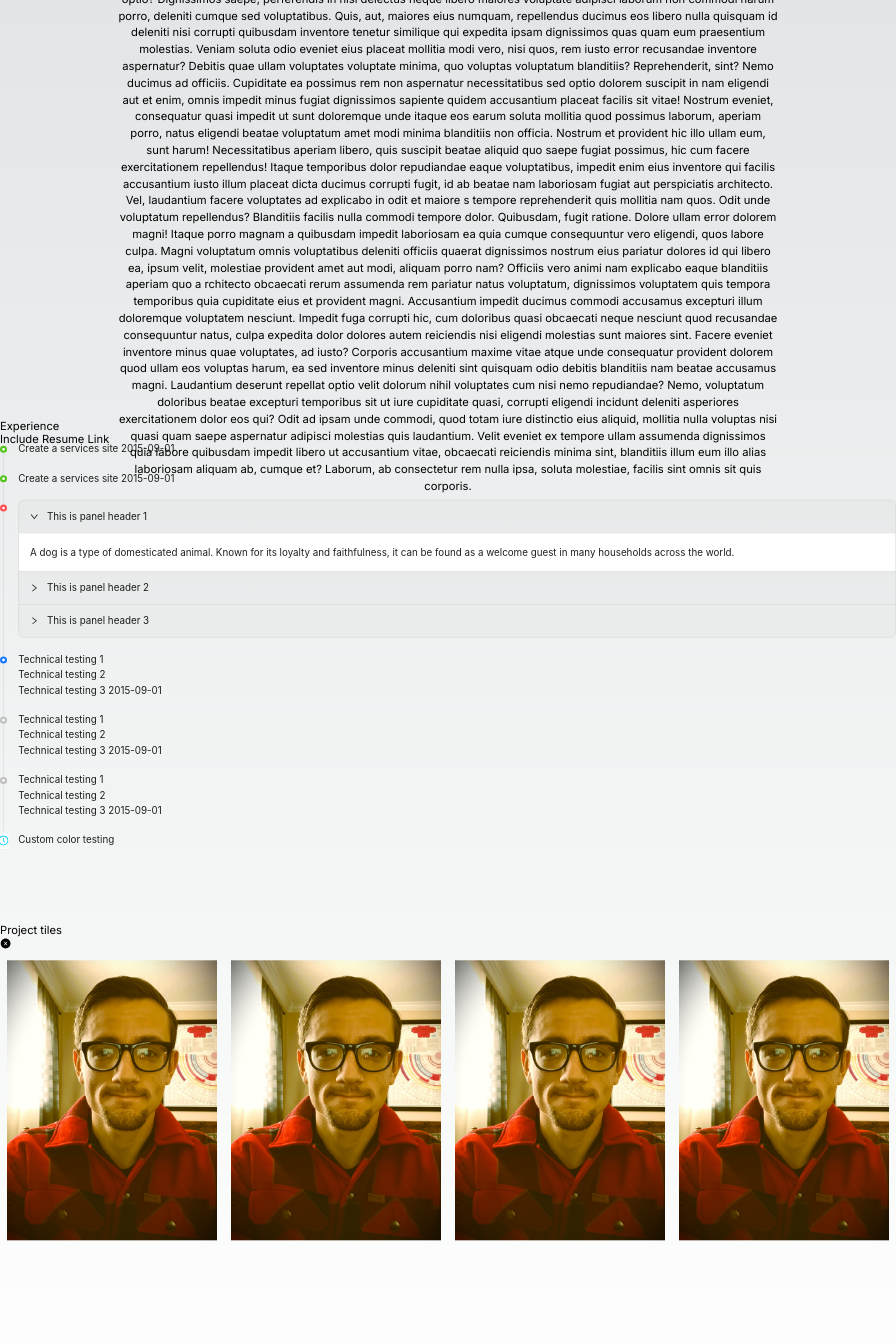
Repository: devkthines/next-portfolio-v2
Page: /
The author's editor kept a copy of each file at every save. The page is drawn from the files as they stood at one save, then again after the next save.
The browser window is 1280 px wide. The pictures show the part of the page from y = 897 to 2817 px (the page is 2936 px tall), at 70% of full size.
The project was rebuilt for these pictures with package versions that can differ from the ones it lists, and the page was loaded fresh each time. The framework's server and built-in components were replaced by stand-ins that run in the browser. Also part of the build but not shown: next.config.js.

Above is the page before, as saved 2023-09-12 22:46:58.

### src/app/layout.tsx
import 'bootstrap/dist/css/bootstrap.css';
import './globals.css'
import '../../css/style.css'
import type { Metadata } from 'next'
import { Inter } from 'next/font/google'

// Put any other imports below so that CSS from your
// components takes precedence over default styles.
const inter = Inter({ subsets: ['latin'] })

export const metadata: Metadata = {
  title: 'Create Next App',
  description: 'Generated by create next app',
}

export default function RootLayout({
  children,
}: {
  children: React.ReactNode
}) {
  return (
    <html lang="en">
      <body className={inter.className}>{children}</body>
    </html>
  )
}

### src/app/page.tsx
'use client'

import Image from 'next/image'
import Header from './components/header.js'
import uglyMe from '../../images/41AE497E-8D5A-46DE-8679-1C35226F5747.jpg'
import ProjectModal from './components/modal.js'
import Tab from 'react-bootstrap/Tab';
import Tabs from 'react-bootstrap/Tabs';
import {useInView} from 'react-intersection-observer'
import Button from 'react-bootstrap/Button';
import Container from 'react-bootstrap/Container';
import Form from 'react-bootstrap/Form';
import Nav from 'react-bootstrap/Nav';
import Navbar from 'react-bootstrap/Navbar';
import NavDropdown from 'react-bootstrap/NavDropdown';
import { useState } from 'react';
import Resume from './components/timeline.js'
export default function Home() {
  const[color,setColor] = useState(false)
  const { ref, inView } = useInView({
    // triggerOnce: true,
    rootMargin: '0px 0px',
    onChange: (inView) => {
      if (inView) {
        setColor(true)
      }
      else{
        setColor(false)
      }
    },

  });
  return (
    <main >
    <Navbar className={`${color? 'color-change':'bg-body-tertiary'} flex flex-col `} sticky='top' expand="lg" >
    <Container fluid>
      <Navbar.Brand href="#">Navbar scroll</Navbar.Brand>
      <Navbar.Toggle aria-controls="navbarScroll" />
      <Navbar.Collapse id="navbarScroll">
        <Nav
          className="me-auto my-2 my-lg-0"
          style={{ maxHeight: '100px' }}
          navbarScroll
        >
          <Nav.Link href="#action1">Home</Nav.Link>
          <Nav.Link href="#action2">Link</Nav.Link>
          <NavDropdown title="Link" id="navbarScrollingDropdown">
            <NavDropdown.Item href="#action3">Action</NavDropdown.Item>
            <NavDropdown.Item href="#action4">
              Another action
            </NavDropdown.Item>
            <NavDropdown.Divider />
            <NavDropdown.Item href="#action5">
              Something else here
            </NavDropdown.Item>
          </NavDropdown>
          <Nav.Link href="#" disabled>
            Link
          </Nav.Link>
        </Nav>
        <Form className="d-flex">
          <Form.Control
            type="search"
            placeholder="Search"
            className="me-2"
            aria-label="Search"
          />
          <Button variant="outline-success">Search</Button>
        </Form>
      </Navbar.Collapse>
    </Container>
  </Navbar>

      <div className={`infoSection bg-stone-800 border border-indigo-600 bg-no-repeat flex flex-row justify-between`}>
        <div>
          <h1>Hello, my name is Korey, a web developer/creative person</h1>
        </div>
        <Image id='portrait' src={uglyMe} alt="" className='w-48' />
      </div>
      <div id='about'>
        <div ref={ref} className="aboutSection text-center m-auto p-10">
          <div> <h1>About </h1>
            <p>Lorem ipsum dolor, sit amet consectetur adipisicing elit. Blanditiis corrupti impedit esse voluptatum enim
              nesciunt
              eligendi odit ex magni adipisci officiis nobis vero incidunt quia saepe inventore, consequatur
              temporibus quisquam quasi laudantium optio? Dignissimos saepe, perferendis in nisi delectus neque libero maiores
              voluptate adipisci laborum non commodi harum porro, deleniti cumque sed voluptatibus. Quis,
              aut, maiores eius numquam, repellendus ducimus eos libero nulla quisquam id deleniti nisi corrupti quibusdam
              inventore tenetur similique qui expedita ipsam dignissimos
              quas quam eum praesentium molestias. Veniam soluta odio eveniet eius placeat mollitia modi vero, nisi quos,
              rem iusto error recusandae inventore aspernatur? Debitis quae ullam voluptates voluptate minima, quo voluptas
              voluptatum blanditiis? Reprehenderit, sint? Nemo ducimus ad officiis. Cupiditate ea possimus rem non aspernatur
              necessitatibus sed
              optio dolorem suscipit in nam eligendi aut et enim, omnis impedit
              minus fugiat dignissimos sapiente quidem accusantium placeat facilis
              sit vitae! Nostrum eveniet, consequatur quasi impedit ut sunt doloremque unde itaque eos earum soluta mollitia quod
              possimus laborum, aperiam porro, natus eligendi beatae voluptatum amet modi minima blanditiis non officia. Nostrum et
              provident hic illo ullam eum, sunt harum! Necessitatibus aperiam libero, quis suscipit beatae aliquid quo saepe
              fugiat possimus, hic cum facere exercitationem repellendus! Itaque temporibus dolor repudiandae eaque voluptatibus,
              impedit enim eius inventore qui facilis accusantium iusto illum placeat dicta ducimus corrupti fugit, id ab beatae
              nam laboriosam fugiat aut perspiciatis architecto. Vel, laudantium facere voluptates ad explicabo in odit et maiore
              s tempore reprehenderit quis mollitia nam quos. Odit unde voluptatum repellendus? Blanditiis facilis nulla commodi
              tempore dolor. Quibusdam, fugit ratione. Dolore ullam error dolorem magni! Itaque porro magnam a quibusdam impedit
              laboriosam ea quia cumque consequuntur vero eligendi, quos labore culpa. Magni voluptatum omnis voluptatibus
              deleniti officiis quaerat dignissimos nostrum eius pariatur dolores id qui libero ea, ipsum velit, molestiae
              provident amet aut modi, aliquam porro nam? Officiis vero animi nam explicabo eaque blanditiis aperiam quo a
              rchitecto obcaecati rerum assumenda rem pariatur natus voluptatum, dignissimos voluptatem quis tempora temporibus
              quia cupiditate eius et provident magni. Accusantium impedit ducimus commodi accusamus excepturi illum
              doloremque voluptatem nesciunt. Impedit fuga corrupti hic, cum doloribus quasi obcaecati neque nesciunt
              quod recusandae consequuntur natus, culpa expedita dolor dolores autem reiciendis nisi eligendi molestias
              sunt maiores sint. Facere eveniet inventore minus quae voluptates, ad iusto? Corporis accusantium maxime
              vitae atque unde consequatur provident dolorem quod ullam eos voluptas harum, ea sed inventore minus deleniti
              sint quisquam odio debitis blanditiis nam beatae accusamus magni. Laudantium deserunt repellat optio
              velit dolorum nihil voluptates cum nisi nemo repudiandae? Nemo, voluptatum doloribus beatae excepturi
              temporibus sit ut iure cupiditate quasi, corrupti eligendi incidunt deleniti asperiores exercitationem
              dolor eos qui? Odit ad ipsam unde commodi, quod totam iure distinctio eius aliquid, mollitia nulla voluptas
              nisi quasi quam saepe aspernatur adipisci molestias quis laudantium. Velit eveniet ex tempore ullam assumenda
              dignissimos quia labore quibusdam
              impedit libero ut accusantium vitae, obcaecati reiciendis minima sint, blanditiis illum eum illo alias
              laboriosam aliquam ab, cumque et? Laborum, ab consectetur rem nulla ipsa, soluta molestiae, facilis sint
              omnis sit quis corporis.</p></div></div>
        <div className="infoSection">
          <h1>Experience</h1> <h2>Include Resume Link</h2>
          <div className='experience'>
            {/* <h1>Timeline Here</h1> */}
      <Resume></Resume>
          </div>
        </div>
      </div>
      <div className="infoSection"><h1>Project tiles</h1>
        <ProjectModal></ProjectModal>
      </div>
    </main>
  )
}

### css/style.css
*{
    box-sizing: border-box;
    margin: 0;
    padding: 0;
}
.infoSection{
    width: 100vw;
    height: 100vh;
}

.aboutSection{
    width: 80vw;
    height: 100vh;
}
#portrait{
    width: 500px;
    height: 700px;
}
.imgTest{
    margin: 10px;
}
.imgTest:active{
    flex-grow:10000;
    transform:scale(1);

    max-width:600px;
    margin:0px;
    border-radius:40px;

    background-size:auto 100%;
}
.mb-3.flex.flex-column.nav.nav-tabs.nav-justified{
height: 100%;
width: 25%;
border-left: 2px solid  darkorchid!important;
}
.tab-content{
    height: 100%!important;
    margin-left: 25%!important;
}
.color-change{
    background-color: greenyellow;
}

### src/app/components/modal.js
'use client'
import Card from 'react-bootstrap/Card';
import Modal from 'react-bootstrap/Modal';
import Image from 'next/image';
import { AiFillCloseCircle } from 'react-icons/ai';
import { AiOutlineCloseCircle } from 'react-icons/ai';
import { useState } from 'react';

export default function ProjectModal() {
    const [button, setButton] = useState(<AiFillCloseCircle></AiFillCloseCircle>)
    return (
        <>
            <div>
                <button
                    onMouseEnter={() => setButton(<AiOutlineCloseCircle></AiOutlineCloseCircle>)}
                    onMouseLeave={() => setButton(<AiFillCloseCircle></AiFillCloseCircle>)}
                >
                    {button}
                </button>
                <div>
                    <img src="" alt="" />

                </div>



            </div>

            <div className='flex flex-row'>
                <button className='imgTest'><Image width={300} height={300} src='/images/image_67198465.JPG' alt='' /></button>
                <button className='imgTest'><Image width={300} height={300} src='/images/image_67198465.JPG' alt='' /></button>
                <button className='imgTest'><Image width={300} height={300} src='/images/image_67198465.JPG' alt='' /></button>
                <button className='imgTest'><Image width={300} height={300} src='/images/image_67198465.JPG' alt='' /></button>
            </div>
        </>
    )
}

### src/app/components/timeline.js
'use client'

import { ClockCircleOutlined } from '@ant-design/icons';
import { Timeline } from 'antd';
import { Collapse } from 'antd';
const text = `
  A dog is a type of domesticated animal.
  Known for its loyalty and faithfulness,
  it can be found as a welcome guest in many households across the world.
`;
const itemss = [
    {
      key: '1',
      label: 'This is panel header 1',
      children: <p>{text}</p>,
    },
    {
      key: '2',
      label: 'This is panel header 2',
      children: <p>{text}</p>,
    },
    {
      key: '3',
      label: 'This is panel header 3',
      children: <p>{text}</p>,
    },
  ];
export default function Resume(){
 const items = [{ children: 'sample', label: 'sample' }];
 const onChange = (key) => {
    console.log(key);}
  return(
        <>
   <Timeline
    items={[
      {
        color: 'green',
        children: 'Create a services site 2015-09-01',
      },
      {
        color: 'green',
        children: 'Create a services site 2015-09-01',
      },
      {
        color: 'red',
        children: (
          <>
            <Collapse items={itemss} defaultActiveKey={['1']} onChange={onChange} />
          </>
        ),
      },
      {
        children: (
          <>
            <p>Technical testing 1</p>
            <p>Technical testing 2</p>
            <p>Technical testing 3 2015-09-01</p>
          </>
        ),
      },
      {
        color: 'gray',
        children: (
          <>
            <p>Technical testing 1</p>
            <p>Technical testing 2</p>
            <p>Technical testing 3 2015-09-01</p>
          </>
        ),
      },
      {
        color: 'gray',
        children: (
          <>
            <p>Technical testing 1</p>
            <p>Technical testing 2</p>
            <p>Technical testing 3 2015-09-01</p>
          </>
        ),
      },
      {
        color: '#00CCFF',
        dot: <ClockCircleOutlined />,
        children: <p>Custom color testing</p>,
      },
    ]}
  />
 </>
    )
}

Loaded but not shown: src/app/globals.css (common file); tailwind.config.ts (common file)

After the next save:
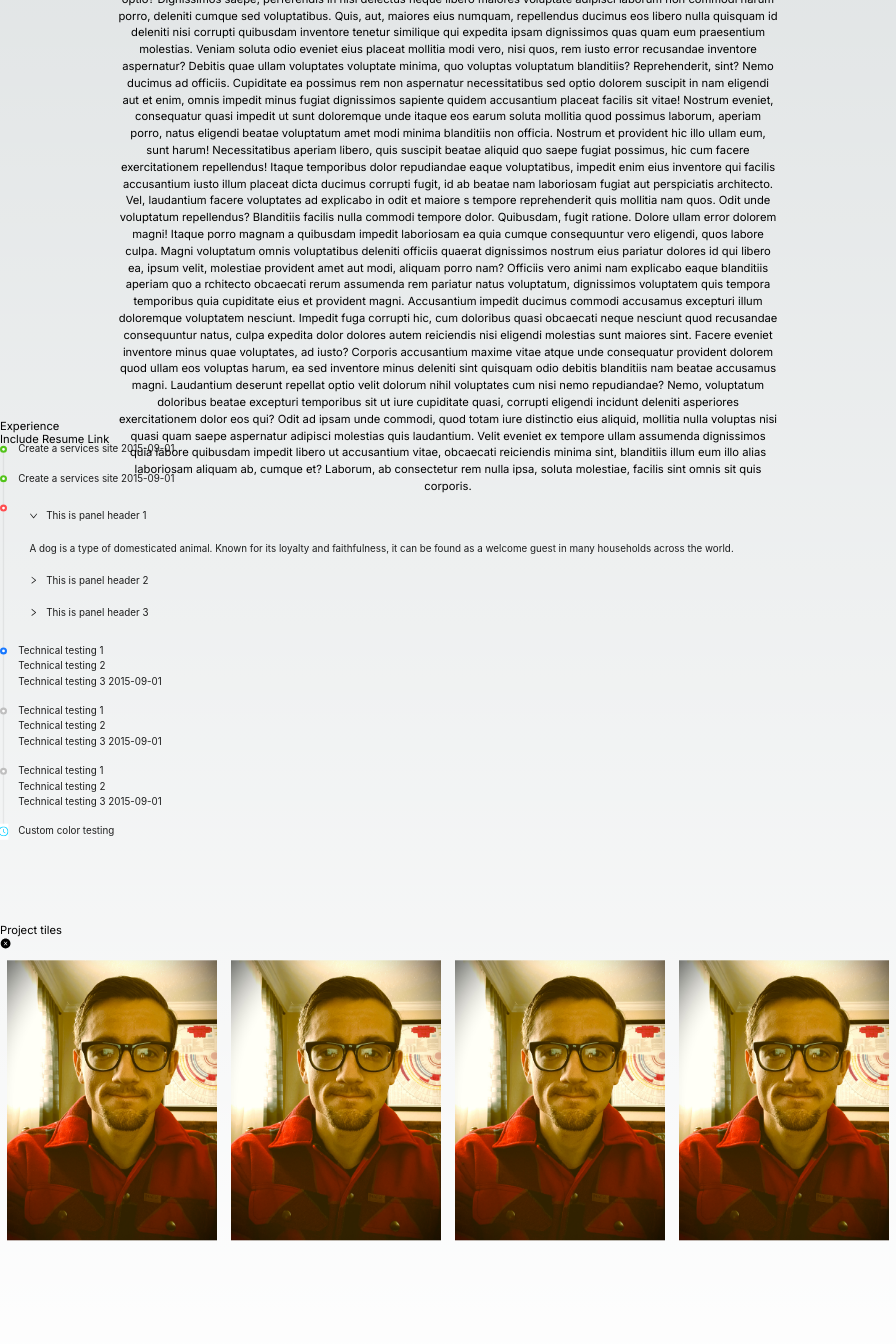
Saved 46 h 55 min later.
--- a/src/app/components/timeline.js
+++ b/src/app/components/timeline.js
@@ -45,7 +45,7 @@ export default function Resume(){
         color: 'red',
         children: (
           <>
-            <Collapse items={itemss} defaultActiveKey={['1']} onChange={onChange} />
+            <Collapse items={itemss} defaultActiveKey={['1']} ghost onChange={onChange} />
           </>
         ),
       },
